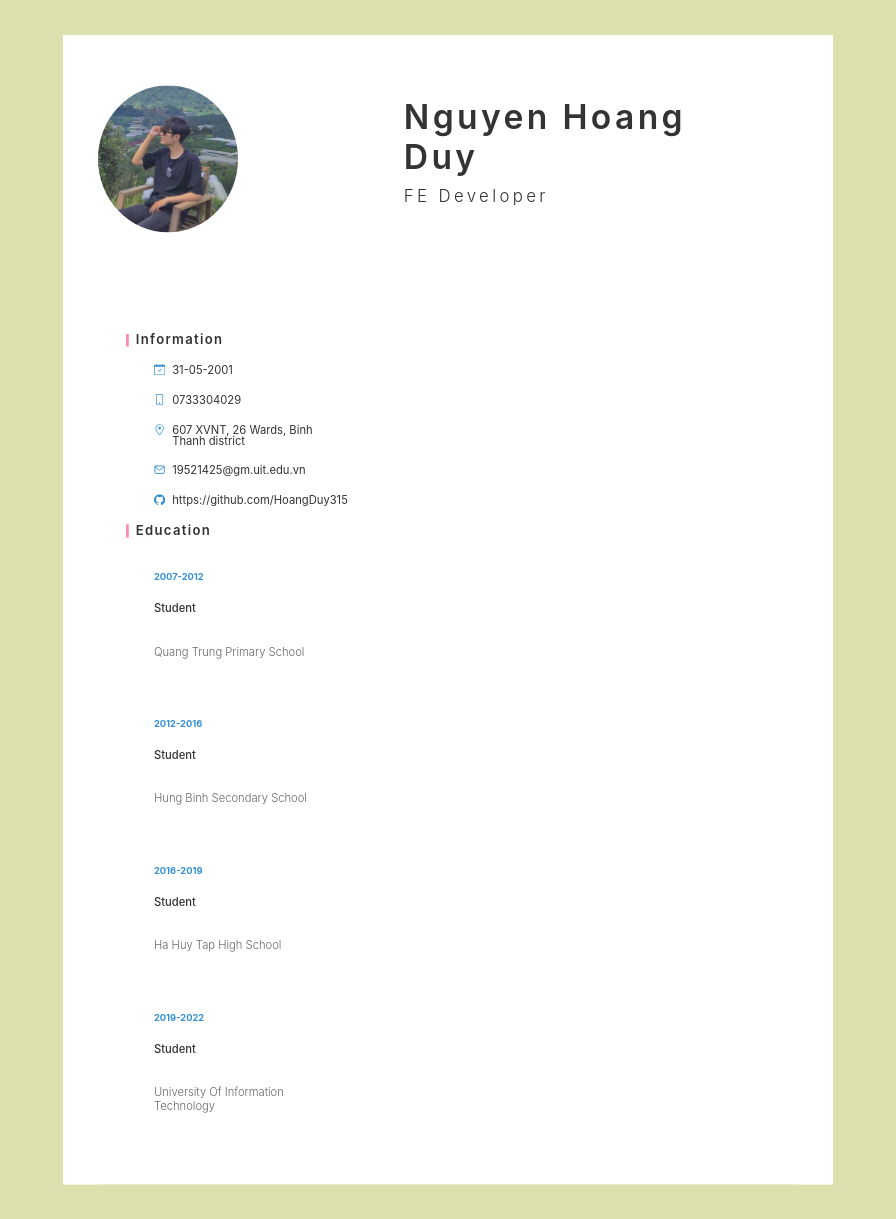
Repository: HoangDuy315/HW_TVK
Page: / (app in hw3cv/)
An editor plug-in stored every save of this project. The page is shown before and after the next save, followed by the edit.
The browser window is 1280 px wide. The pictures show the whole page, at 70% of full size.
The project was rebuilt for these pictures with package versions that can differ from the ones it lists, and the page was loaded fresh each time. Also part of the build but not shown: hw3cv/src/App.css.

Above is the page before, as saved 2022-11-02 12:15:33.

### hw3cv/src/App.js
import "./App.css";
import Cv from "./components/Cv";

function App() {
  return (
    <>
      <Cv />
    </>
  );
}

export default App;

### hw3cv/src/components/Cv.jsx
import React from "react";
import "./Cv.css";
import logo from "../assets/123.JPG";
import { BsCalendarCheck, BsPhone } from "react-icons/bs";
import { GoLocation } from "react-icons/go";
import { FiMail } from "react-icons/fi";
import { BsGithub } from "react-icons/bs";

const Cv = () => {
  return (
    <div className="bdy">
      <div className="container">
        <div className="top">
          <div className="imgbx">
            <div className="box">
              <img src={logo} className="duy" alt="" />
            </div>
          </div>
          <div className="profile">
            <h3>
              Nguyen Hoang Duy <br /> <span>FE Developer</span>
            </h3>
          </div>

          <div className="contentBox">
            <div className="leftSide">
              <h3>Information</h3>
              <ul>
                <li>
                  <span className="icon">
                    <BsCalendarCheck />
                  </span>
                  <span className="text">31-05-2001</span>
                </li>
                <li>
                  <span className="icon">
                    <BsPhone />
                  </span>
                  <span className="text">0733304029</span>
                </li>
                <li>
                  <span className="icon">
                    <GoLocation />
                  </span>
                  <span className="text">
                    607 XVNT, 26 Wards, Binh Thanh district
                  </span>
                </li>
                <li>
                  <span className="icon">
                    <FiMail />
                  </span>
                  <span className="text">19521425@gm.uit.edu.vn</span>
                </li>
                <li>
                  <span className="icon">
                    <BsGithub />
                  </span>
                  <span className="text">https://github.com/HoangDuy315</span>
                </li>
              </ul>

              <h3>Education</h3>
              <ul className="education">
                <li>
                  <h5>2007-2012</h5>
                  <h4>Student</h4>
                  <h6>Quang Trung Primary School</h6>
                </li>
                <li>
                  <h5>2012-2016</h5>
                  <h4>Student</h4>
                  <h6>Hung Binh Secondary School</h6>
                </li>
                <li>
                  <h5>2016-2019</h5>
                  <h4>Student</h4>
                  <h6>Ha Huy Tap High School</h6>
                </li>
                <li>
                  <h5>2019-2022</h5>
                  <h4>Student</h4>
                  <h6>University Of Information Technology</h6>
                </li>
              </ul>
            </div>
          </div>
        </div>
      </div>
    </div>
  );
};

export default Cv;

### hw3cv/src/components/Cv.css
body {
  background: rgb(219, 224, 172);
}

#toggle {
  position: fixed;
  top: 20px;
  right: 20px;
  width: 60px;
  height: 60px;
  background: #03a9f4;
  cursor: pointer;
  display: flex;
  justify-content: center;
  align-items: center;
}

#toggle::before {
  content: "";
  position: absolute;
  width: 28px;
  height: 2px;
  background: #fff;
  transform: translateY(-5px);
  transition: 0.2s;
}

#toggle::after {
  content: "";
  position: absolute;
  width: 28px;
  height: 2px;
  background: #fff;
  transform: translateY(5px);
  transition: 0.2s;
}

#toggle.active::before {
  transform: translateY(0px) rotate(45deg);
}

#toggle.active::after {
  transform: translateY(0px) rotate(-45deg);
}

#sidebar {
  position: fixed;
  top: 0;
  left: -170px;
  width: 170px;
  height: 100vh;
  background: #ff8bb3;
  transition: 0.5s;
}

#sidebar.active {
  left: 0px;
}

#sidebar ul {
  position: relative;
  margin-top: 130px;
}

#sidebar ul li {
  list-style: none;
  display: inline-block;
  width: 100%;
  padding: 30px;
  margin-left: -35px;
  font-size: 18px;
  font-weight: bold;
  transition: all 0.5s ease;
}

#sidebar ul li:hover {
  transform: scale(1.3);
}

#sidebar ul li a {
  color: #fff;
  text-decoration: none;
  font-style: 1.5em;
  letter-spacing: 2px;
}

/* =========================================================== */
.bdy {
  display: flex;
  justify-content: center;
  align-items: center;
}

.container {
  position: relative;
  width: 100%;
  max-width: 1000px;
  background: #fff;
  margin: 50px;
  /* box-shadow: 0 50px 70px rgba(0, 0, 0, 0.1); */
  border-left: 50px solid #fff;
  border-right: 50px solid #fff;
}

.container .top {
  position: relative;
  display: grid;
  grid-template-columns: 1fr 2fr;
}

.container .top .imgbx {
  position: relative;
  width: 100%;
  display: flex;
  align-items: center;
}

.container .top .imgbx .box {
  position: relative;
  width: 70%;
  min-width: 200px;
  border-radius: 50%;
}

.container .contentBox {
  position: relative;
  display: grid;
  grid-template-columns: 1fr 2fr;
  padding: 0 40px 40px;
  margin-top: 50px;
}

.container .contentBox h3 {
  border-left: 4px solid #ff8bb3;
  padding-left: 10px;
  line-height: 1em;
  font-weight: 600;
  color: #333;
  letter-spacing: 0.1em;
}

.container .contentBox ul {
  position: relative;
  margin: 10px 0;
}

.container .contentBox ul li {
  list-style: none;
  margin: 25px 0;
  line-height: 1em;
  color: #333;
  cursor: pointer;
  display: flex;
}

.container .contentBox ul li ion-icon {
  font-size: 1.2em;
  margin-right: 10px;
  color: #3590d2;
}

.icon {
  color: #3590d2;
}

.text {
  margin-left: 10px;
}

.container .contentBox ul.education li {
  flex-direction: column;
  margin: 25px 0;
  line-height: normal;
}
h5 {
  color: #3590d2;
}
h4 {
  color: #333;
  font-weight: 500;
  margin: 5px 0;
}
h6 {
  color: #666;
  font-weight: 300;
  font-size: 1em;
}
.language li {
  flex-direction: column;
}
.language li span {
  color: #333;
  font-size: 16px;
  font-weight: 500;
}
.language .percent {
  position: relative;
  width: 100%;
  background: #e3e3e3;
  height: 6px;
  margin-top: 15px;
  display: block;
  overflow: hidden;
}

.language .percent div {
  position: absolute;
  top: 0;
  left: 0;
  height: 100%;
  background: #3590d2;
}
.container .contentBox ul.interest {
  position: relative;
  display: grid;
  grid-template-columns: 1fr 1fr;
}
.container .contentBox ul.interest li {
  display: flex;
  align-items: center;
  gap: 10px;
  margin: 20px 0;
}
.container .contentBox ul.interest li .icon {
  position: relative;
  width: 40px;
  height: 40px;
  background: #3590d2;
  color: #fff;
  border-radius: 5px;
  display: flex;
  justify-content: center;
  align-items: center;
}
.container .contentBox ul.interest li .icon ion-icon {
  color: #fff;
  margin-right: 0;
}
p {
  font-style: 300;
}
.rightSide {
  padding-left: 100px;
}
.about .box {
  display: flex;
  flex-direction: row;
  margin: 20px;
}
.about .box .year_company {
  min-width: 150px;
  margin-bottom: 10px;
}
.about .box .year_company .h5:nth-child(1) {
  color: #3590d2;
}
.about .box .text h4 {
  color: #3590d2;
  font-size: 16px;
  margin: 0;
}

.about_skill .box {
  position: relative;
  width: 100%;
  display: grid;
  grid-template-columns: 150px 1fr;
  justify-content: center;
  align-items: center;
}
.about_skill .box h4 {
  color: #333;
  font-weight: 500;
  margin-bottom: 5px;
}
.about_skill .box .percent {
  position: relative;
  width: 100%;
  height: 10px;
  background: #e3e3e3;
}
.about_skill .box .percent div {
  position: relative;
  top: 0;
  left: 0;
  height: 100%;
  background: #3590d2;
}

.duy {
  color: blue;
  position: relative;
  width: 70%;
  min-width: 200px;
  border-radius: 50%;
  overflow: hidden;
}

.container .top .profile {
  position: relative;
  padding: 40px;
  display: flex;
  align-items: center;
}

.container .top .profile h3 {
  font-size: 3em;
  letter-spacing: 0.1em;
  line-height: 1.2em;
  font-weight: 600;
  color: #333;
}

.container .top .profile h3 span {
  position: relative;
  font-size: 0.5em;
  font-weight: 300;
  top: -10px;
}

Loaded but not shown: hw3cv/public/index.html (common file); hw3cv/src/index.js (common file); hw3cv/src/index.css (common file)

After the next save:
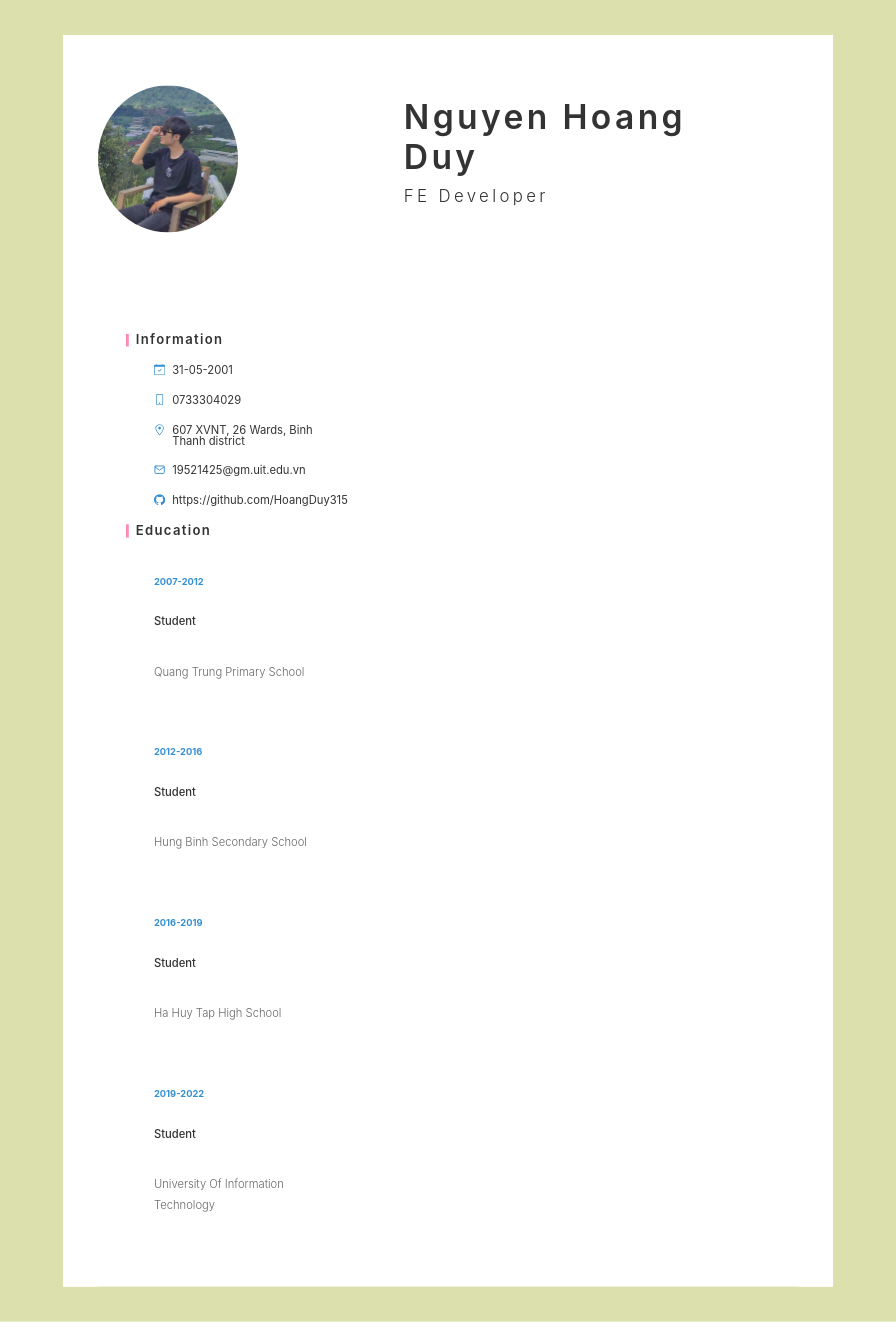
Saved 9 s later.
--- a/hw3cv/src/components/Cv.css
+++ b/hw3cv/src/components/Cv.css
@@ -170,7 +170,7 @@ body {
 .container .contentBox ul.education li {
   flex-direction: column;
   margin: 25px 0;
-  line-height: normal;
+  line-height: 30px;
 }
 h5 {
   color: #3590d2;
